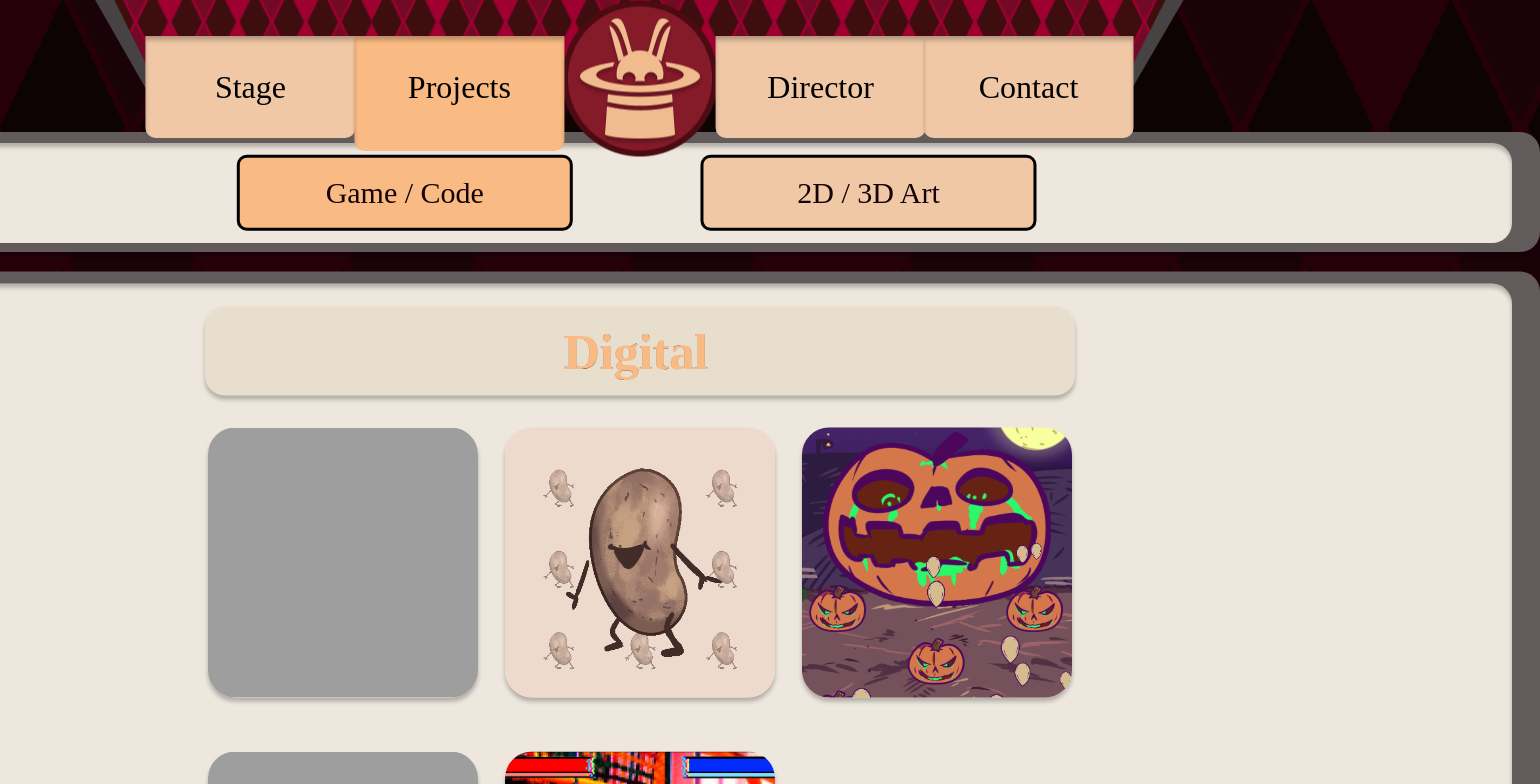
Repository: EMP-ChristinaC/Portfolio
Page: main-project-page/projects.html
An editor plug-in stored every save of this project. The page is shown before and after the next save, followed by the edit.
The browser window is 1280 px wide. The page is 1540 px wide, so the pictures cover 1540 px, including what lies to the right of the window. The pictures show the part of the page from y = 0 to 784 px (the page is 2161 px tall).
Pictures or frames that could not be fetched are drawn as grey boxes. Some web fonts or font styles are not loaded; a fallback is used.

Above is the page before, as saved 2024-12-18 16:53:59.

### main-project-page/projects.html
<!DOCTYPE html>
<html lang="en">

<head>
    <meta charset="UTF-8">
    <meta name="viewport" content="width=device-width, initial-scale=1.0">
    <title>CC- Project Gallery Main</title>
    <!--- ////////////////// OUTSIDE STYLES //////////////////-->


    <!--- ///////////////// GOOGLE FONTS  ////////////////////-->
    <link rel="preconnect" href="https://fonts.googleapis.com">
    <link rel="preconnect" href="https://fonts.gstatic.com" crossorigin>
    <link
        href="https://fonts.googleapis.com/css2?family=Overlock:ital,wght@0,400;0,700;0,900;1,400;1,700;1,900&family=Vast+Shadow&display=swap"
        rel="stylesheet">

    <!--- /////////////// MY STYLES ////////////////-->

    <link rel="stylesheet" href="projects-style.css">
    <link rel="stylesheet" href="../nav.css">
    <!-- <link rel="stylesheet" href="projects-style1280x1024.css"> -->
    <link rel="stylesheet" href="media-style-mac-main.css">
    <link rel="stylesheet" href="media-style-phone-main.css">

    <!--- //////////////// FAVICON LINKS ///////////////////-->
    <link rel="shortcut icon" href="../image/logo.png" type="image/x-icon">
    <link rel="icon" href="../image/logo.png" type="image/x-icon">

</head>

<body class="project">

    <!--- /////////////////////// NAVIGATION /////////////////////-->
    <header class="navigation">
        <img class="nav-background" src="../image/nav-background.png"
            alt="A decor for the nav, it holds a logo with diamond patterns in the background.">


            <a href="../index.html" class="nav-home">Stage</a>
            <a href="../about-page/about.html" class="nav-about">Director</a>
            <a href="../contact-page/contact.html" class="nav-contact">Contact</a>
            <a href="projects.html" class="nav-projects current">Projects</a>
    </header>

    <!--- /////////////////////// BOX OUTLINE ///////////////////////-->

    <div class="box-outline-outside-projects-sub-nav">
        <div class="box-outline-inside-projects-sub-nav"></div>
    </div>

    <a href="projects.html" class="main current-sub">Game / Code</a>

    <a href="../sub-project-page/projects-two.html" class="sub">2D / 3D Art</a>


    <div class="box-outline-outside-projects">
        <div class="box-outline-inside-projects"></div>
    <!-- <div class="dia-left-projects">
        <img src="../image/Dia-bottom-left.png"
            alt="A diamond pattern decor that is placed onto the bottom left of the box outline">
    </div>

    <div class="dia-right-projects">
        <img src="../image/Dia-top-right.png"
            alt="A diamond pattern decor that is placed onto the top right of the box outline">
    </div> -->
    </div>

    <div class="box-outline-heading-wel-project">
        <div class="heading-intro-project">
            <h1>Digital</h1>
        </div>
    </div>

    <!--- ////////////////////////-->

    <div class="box-outline-outside-projects-two">
        <div class="box-outline-inside-projects-two"></div>
    <!-- <div class="dia-left-projects-two">
        <img src="../image/Dia-bottom-left.png"
            alt="A diamond pattern decor that is placed onto the bottom left of the box outline">
    </div>

    <div class="dia-right-projects-two">
        <img src="../image/Dia-top-right.png"
            alt="A diamond pattern decor that is placed onto the top right of the box outline">
    </div> -->
    </div>

    <div class="box-outline-heading-wel-project-two">
        <div class="heading-intro-project-two">
            <h1>Physical</h1>
        </div>
    </div>



    <!--- ////////////////////////-->

    <div class="box-outline-outside-foot">
        <div class="box-outline-inside-foot"></div>

            <footer class="section">
                <p>© 2024 by Christina Chan. Powered and secured by Github</p>

                <a class="github" href="https://github.com/EMP-ChristinaC"> <img src="../image/Github-icon.png"
                    alt="Github icon image."></a>

            <a class="twitter" href="https://x.com/EMP_Nifl"> <img src="../image/Twitter-Icon.png"
                    alt="Twitter icon image."></a>

                    <a class="discord" href="https://discordapp.com/users/456539039286165514"> <img src="../image/discord-icon.webp"
                            alt="Discord icon image."></a>

                    <a class="linkedin" href="https://www.linkedin.com/in/christina-chan-290a29323/"> <img src="../image/Linkedin-icon.webp"
                            alt="Linkedin icon image."></a>

                            <a class="instagram" href="https://www.instagram.com/emp_christinac/"> <img
                                src="../../image/InstagramIcon.png" alt="Instagram icon image."></a>
                </div>

            </footer>
    </div>


    <!--- /////////////////////// DECOR  ///////////////////////-->

    <!-- <div class="left-curtain">
        <img src="../image/curtains-left.png" alt="A curtain decor that is placed on the left side of the website.">
    </div>

    <div class="right-curtain">
        <img src="../image/curtain-right.png" alt="A curtain decor that is placed on the right side of the website.">
    </div> -->

    <!--- /////////////////////// TEXT ///////////////////////-->


    <!--- /////////////////////// FOOTER ///////////////////////-->


    <!--- /////////////////////// IMAGES DESKTOP ///////////////////////-->

    <div class="image-container">
        <a href="../projects/cardcraft/mc.html"> <img src="../image/CardCraft-Show Case-Overview.jpg" alt="An overview image of a project called CardCraft.">
        <div class="hover-overlay">
            <div class="hover-text-overlay">CardCraft</div>
        </div>
    </div>

    <div class="image-container-two">
        <a href="../projects/potato-shuffle/potato.html"> <img src="../image/Cover.png" alt="An overview image of a project called Potato Shuffle.">
        <div class="hover-overlay">
            <div class="hover-text-overlay">Potato Shuffle</div>
        </div>
    </div>

    <div class="image-container-three">
        <a href="../projects/mystic-rain/mystic.html"> <img src="../image/MysticRain Home Screen.png" alt="An overview image of a project called MysticRain.">
        <div class="hover-overlay">
            <div class="hover-text-overlay">MysticRain</div>
        </div>
    </div>


    <div class="image-container-four">
        <a href="../projects/smash-n-dash/smash.html"> <img src="../image/Smash-N-Dash-Main-Screen.png" alt="An overview image of a project called Smash N Dash.">
        <div class="hover-overlay">
            <div class="hover-text-overlay">Smash-n-Dash</div>
        </div>
    </div>

    <div class="image-container-five">
        <a href="../projects/"> <img src="../image/Inner-Demons-Gallery.png" alt="An overview image of a project called Sniffle: The Fox Box.">
        <div class="hover-overlay">
            <div class="hover-text-overlay">Inner Demons<br> [In Progress]</div>
        </div>
    </div>

    <div class="image-container-six">
        <a href="../projects/"> <img src="../image/OnlyTwo-Gallery.png" alt="An overview image of a project called Liyue Sunset.">
        <div class="hover-overlay">
            <div class="hover-text-overlay">Only Two<br> [In Progress]</div>
        </div>
    </div>

    <div class="image-container-seven">
        <a href=""> <img src="../image/Please-Wait.png" alt="An overview image of a project called Please Wait.">
        <div class="hover-overlay">
            <div class="hover-text-overlay">Please Wait! <br> [In Progress]</div>
        </div>
    </div>


</body>

</html>

### main-project-page/projects-style.css

/*///////////////////////////////// Box Outline ////////////////////////////*/
.box-outline-outside-projects,
.box-outline-outside-projects-two {
    width: 1800px;
    height: 804px;
    background: rgba(98, 91, 92);
    box-shadow: 0px 4px 4px rgba(0, 0, 0, 0.25);
    border-radius: 20px;
}

.box-outline-outside-projects {
    position: absolute;
    top: 50%;
    left: 50%;
    transform: translate(-50%, -11%);
}

.box-outline-outside-projects-two {
    position: absolute;
    top: 50%;
    left: 50%;
    transform: translate(-50%, 95%);
}

.box-outline-outside-projects-sub-nav {
    width: 1800px;
    height: 120px;
    background: rgba(98, 91, 92);
    box-shadow: 0px 4px 4px rgba(0, 0, 0, 0.25);
    border-radius: 20px;
    position: absolute;
    top: 50%;
    left: 50%;
    transform: translate(-50%, -190%);
}


/*//////////////////////////////////////////////////////////////////////////////*/


.box-outline-inside-projects {
    width: 1745px;
    height: 780px;
    background: #EDE7DD;
    box-shadow: 0px 4px 4px rgba(0, 0, 0, 0.25) inset;
    border-radius: 20px;
    position: absolute;
    top: 1.5%;
    left: 1.5%;
    /* transform: translate(-50%, -26.3%); */
}

.box-outline-inside-projects-two {
    width: 1745px;
    height: 780px;
    background: #EDE7DD;
    box-shadow: 0px 4px 4px rgba(0, 0, 0, 0.25) inset;
    border-radius: 20px;
    position: absolute;
    top: 1.5%;
    left: 1.5%;
    /* transform: translate(-50%, -26.3%); */
}

.box-outline-inside-projects-sub-nav {
    width: 1745px;
    height: 100px;
    background: #EDE7DD;
    box-shadow: 0px 4px 4px rgba(0, 0, 0, 0.25) inset;
    border-radius: 20px;
    position: absolute;
    top: 9%;
    left: 1.5%;
    /* transform: translate(-50%, -26.3%); */
}

/*/////////////////////////////////////*/

.box-outline-heading-wel-project,
.box-outline-heading-wel-project-two {
    width: 870px;
    height: 89px;
    background: #E7DECD;
    box-shadow: 0px 4px 4px rgba(0, 0, 0, 0.25);
    border-radius: 20px;
    z-index: 1;

}
/*/////////////////////////////////////*/

.box-outline-heading-wel-project {
    position: absolute;
    top: 50%;
    left: 50%;
    transform: translate(-50%, -60%);
}

.box-outline-heading-wel-project-two {
    position: absolute;
    top: 50%;
    left: 50%;
    transform: translate(-50%, 895%);
}


/*/////////////////////////////////////*/

.box-outline-outside-foot {
    width: 100%;
    height: 200px;
    background: rgba(98, 91, 92);
    box-shadow: 0px 4px 4px rgba(0, 0, 0, 0.25);
    border-radius: 20px 20px 0 0;
    position: absolute;
    top: 50%;
    left: 50%;
    transform: translate(-50%, 800%);
}

.box-outline-inside-foot {
    width: 99%;
    height: 185px;
    position: absolute;
    background: #EDE7DD;
    box-shadow: 0px 4px 4px rgba(0, 0, 0, 0.25) inset;
    border-radius: 20px 20px 0 0;
    position: absolute;
    /* transform: translate(-50%, 343%); */
    top: 8%;
    left: 0.5%;
}


/*///////////////////////////////// Decor ////////////////////////////*/

.dia-left-projects img,
.dia-left-projects-two img {
    position: absolute;
    top: 27%;
    left: 50%;
    transform: translate(-385%, 205%);
}


.dia-right-projects img,
.dia-right-projects-two img {
    position: absolute;
    top: 27%;
    right: 50%;
    transform: translate(385%, -107%);
}


/*/////////////////////////////////////*/

.left-curtain {
    position: fixed;
    top: 0%;
    left: 0%;
}

.right-curtain {
    position: fixed;
    top: 0%;
    right: 0%;
}

/*///////////////////////////////// Heading Text ////////////////////////////*/

.heading-intro-project,
.heading-intro-project-two {
    width: 827px;
    text-align: center;
    color: #FABA84;
    font-size: 25px;
    font-family: Vast Shadow;
    font-weight: 400;
    -webkit-text-stroke: 0.1px #4C0B13;
    z-index: 1;
}

/*/////////////////////////////////////*/

.heading-intro-project {
    position: absolute;
    top: -20%;
    left: 2%;
    /* transform: translate(-50%, -320%); */
}

.heading-intro-project-two {
    position: absolute;
    top: -20%;
    left: 2%;
    /* transform: translate(-50%, -320%); */
}

/*///////////////////////////////// Paragraph Text ////////////////////////////*/

footer.section {
    text-align: center;
    color: black;
    font-size: 14px;
    font-family: Overlock;
    font-weight: 400;

    width: 500px;
    position: absolute;
    top: 50%;
    left: 50%;
    transform: translate(-53%, 80%);

}

footer.section p {
    width: 100%;
    height: 100%;
    transform: translate(1%, 35%);
}


/*/////////////////////////////////////*/
.github {
    width: 45px;
    height: 45px;
    position: absolute;
    top: 50%;
    left: 50%;
    overflow: hidden;
    box-shadow: 0px 4px 4px rgba(0, 0, 0, 0.25);
    border-radius: 30px;
    transform: translate(-250%, -180%);
}

.github img {
    width: 100%;
    height: 100%;
    object-fit: cover;
    transition: all 0.3s ease-in-out;
    transform: translate(0%, 0%);
}

.twitter {
    width: 45px;
    height: 45px;
    position: absolute;
    top: 50%;
    left: 50%;
    overflow: hidden;
    box-shadow: 0px 4px 4px rgba(0, 0, 0, 0.25);
    border-radius: 30px;
    transform: translate(-100%, -180%);
}

.twitter img {
    width: 100%;
    height: 100%;
    object-fit: cover;
    transition: all 0.3s ease-in-out;
    transform: translate(-0%, -0%);
}


.discord {
    width: 45px;
    height: 45px;
    position: absolute;
    top: 50%;
    left: 50%;
    overflow: hidden;
    box-shadow: 0px 4px 4px rgba(0, 0, 0, 0.25);
    border-radius: 30px;
    transform: translate(50%, -180%);
}

.discord img {
    width: 100%;
    height: 100%;
    object-fit: cover;
    transition: all 0.3s ease-in-out;
    transform: translate(-0%, -0%);
}


.linkedin {
    width: 45px;
    height: 45px;
    position: absolute;
    top: 50%;
    left: 50%;
    overflow: hidden;
    box-shadow: 0px 4px 4px rgba(0, 0, 0, 0.25);
    border-radius: 30px;
    transform: translate(200%, -180%);
}

.linkedin img {
    width: 100%;
    height: 100%;
    object-fit: cover;
    transition: all 0.3s ease-in-out;
    transform: translate(-0%, -0%);
}
/*///////////////////////////////// Button ////////////////////////////*/

.main,
.sub {
    position: absolute;
    text-align: center;
    color: #140307;
    font-family: Vast Shadow;
    font-weight: 400;
    background: #F0C8A6;
    top: 50%;
    left: 50%;
    border: none;
    cursor: pointer;
    transition: all 0.3s ease-in-out;
    border: 3px black solid;
    border-radius: 10px;
    z-index: 1;
}

/*/////////////////////////////////////*/


.main {
    transform: translate(-120%, -270%);
    font-size: 30px;
    line-height: 70px;
    width: 330px;
    height: 70px;
}

.sub {
    transform: translate(18%, -270%);
    font-size: 30px;
    line-height: 70px;
    width: 330px;
    height: 70px;
}


/*///////////////////////////////// Animation ////////////////////////////*/

.image-container {
    transform: translate(-160%, 340%);
}

.image-container-two {
    transform: translate(-50%, 25%);
}

.image-container-three {
    transform: translate(-160%, 145%);
}


.image-container-four {
    transform: translate(60%, 25%);
}

.image-container-five {
    transform: translate(-50%, 145%);
}

.image-container-six {
    transform: translate(-50%, 340%);
}

.image-container-seven {
    transform: translate(-160%, 25%);
}

.image-container,
.image-container-two,
.image-container-three,
.image-container-four,
.image-container-five,
.image-container-six,
.image-container-seven {
    top: 50%;
    left: 50%;
    position: absolute;
    width: 270px;
    height: 270px;
    border-radius: 10%;
    overflow: hidden;
    box-shadow: 0px 4px 4px rgba(0, 0, 0, 0.25);
}

.image-container img {
    width: 150%;
    height: 150%;
    object-fit: cover;
    transform: translate(-20%, -15%);
    transition: all 0.3s ease-in-out;
}

.image-container-two img {
    width: 130%;
    height: 130%;
    object-fit: cover;
    transform: translate(-12%, -16%);
    transition: all 0.3s ease-in-out;
}

.image-container-three img {
    width: 150%;
    height: 100%;
    object-fit: cover;
    transform: translate(-30%, -0%);
    transition: all 0.3s ease-in-out;
}

.image-container-four img {
    width: 100%;
    height: 190%;
    transform: translate(0%, -17%);
    object-fit: cover;
    transition: all 0.3s ease-in-out;
}

.image-container-five img {
    width: 100%;
    height: 100%;
    object-fit: cover;
    transition: all 0.3s ease-in-out;
}

.image-container-six img {
    width: 140%;
    height: 140%;
    object-fit: cover;
    transition: all 0.3s ease-in-out;
    transform: translate(0%, -15%);
}

.image-container-seven img {
    width: 100%;
    height: 100%;
    object-fit: cover;
    transition: all 0.3s ease-in-out;
}

.hover-overlay {
    position: absolute;
    top: 0;
    left: 0;
    width: 100%;
    height: 100%;
    display: flex;
    justify-content: center;
    align-items: center;
    opacity: 0;
    transition: opacity 0.8s ease;
    background: rgba(0, 0, 0, 0.4);
    border-radius: 10%;
}

.hover-text-overlay {
    color: #f1f1f1;
    font-size: 25px;
    font-family: Overlock;
    font-weight: 400;
    padding: 20px;
    text-align: center;
}

.image-container:hover .hover-overlay,
.image-container-two:hover .hover-overlay,
.image-container-three:hover .hover-overlay,
.image-container-four:hover .hover-overlay,
.image-container-five:hover .hover-overlay,
.image-container-six:hover .hover-overlay,
.image-container-seven:hover .hover-overlay {
    opacity: 1;
}


/*///////////////////////////////// Phone ////////////////////////////*/

.phone-projects {
    display: none;
}

### main-project-page/media-style-mac-main.css
@media screen and (min-width: 2005px) and (min-height: 1353px) {


    /*///////////////////////////////// Nav Decor ////////////////////////////*/
    .nav-background {
        transform: translate(-50%, -57%);
        width: 1320px;
        height: auto;

    }


    .nav-home,
    .nav-about,
    .nav-contact,
    .nav-projects {
        width: 250px;
        height: 120px;
        font-size: 38px;
        font-weight: 400;
        line-height: 120px;
    }

    .current {
        height: 16%;
    }

    /*///////////////////////// Nav Home //////////////////////////*/
    .nav-home {
        transform: translate(-235.5%);
    }

    .nav-home:hover {
        height: 16%;
    }

    /*///////////////////////////// Nav About /////////////////////////*/
    .nav-about {
        transform: translate(-136%);
    }

    .nav-about:hover {
        height: 16%;
    }

    /*/////////////////////////////////// Nav Contact ///////////////////////*/
    .nav-contact {
        transform: translate(36%);
    }

    .nav-contact:hover {
        height: 16%;
    }

    /*///////////////////////////////// Nav Projects ////////////////////////////*/
    .nav-projects {
        transform: translate(135%);
    }

    .nav-projects:hover {
        height: 16%;
    }

    /*//////////////////////////*/


    /* .project::before {
        width: 2005px;
        height: 2400px;
    } */


    .left-curtain img {
        width: auto;
        height: 1480px;
    }


    .right-curtain img {
        width: auto;
        height: 1510px;
    }





}

Loaded but not shown: main-project-page/media-style-phone-main.css (322 lines, source omitted); nav.css (334 lines, source omitted)

After the next save:
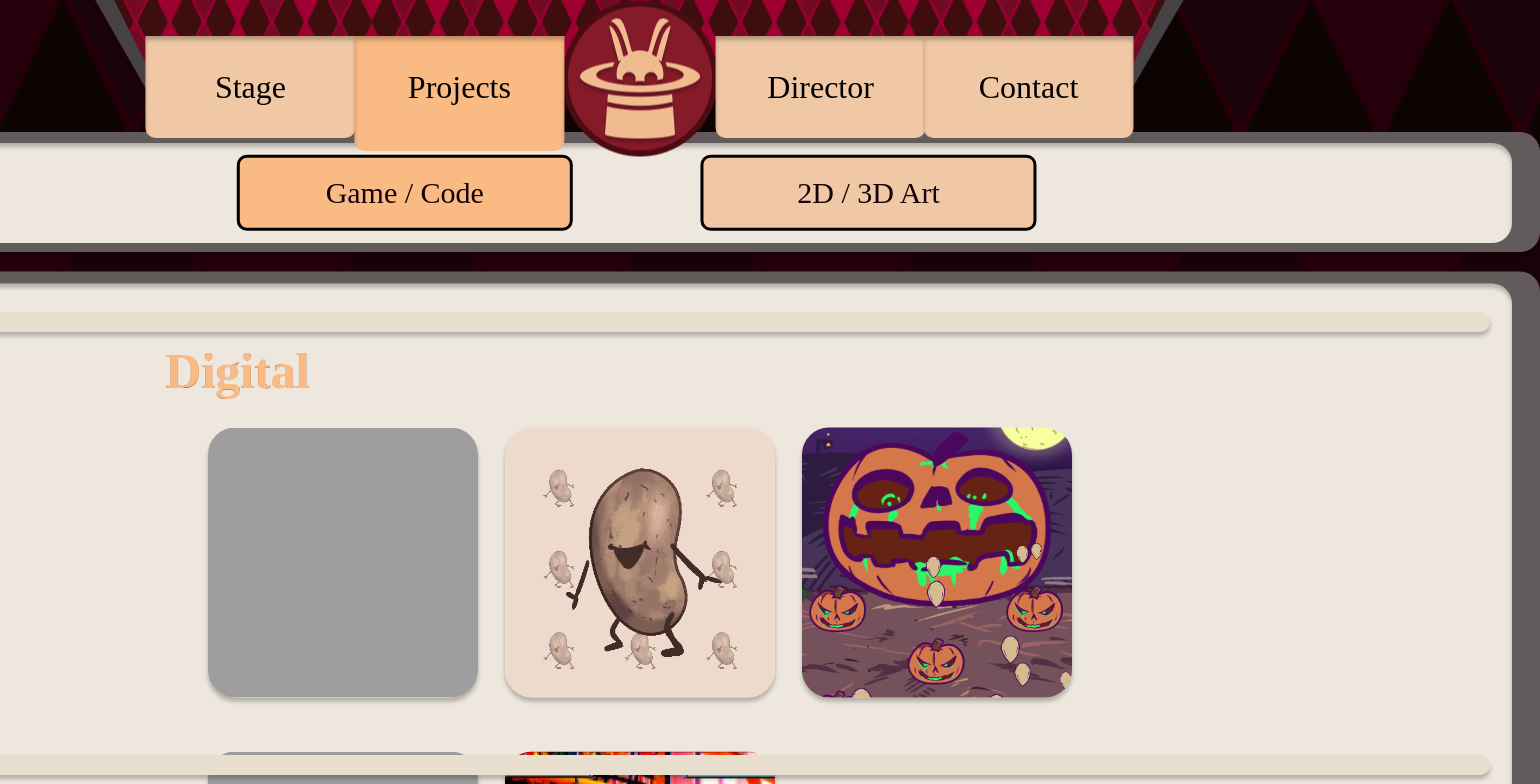
Saved 6 s later.
--- a/main-project-page/projects-style.css
+++ b/main-project-page/projects-style.css
@@ -79,8 +79,8 @@
 
 .box-outline-heading-wel-project,
 .box-outline-heading-wel-project-two {
-    width: 870px;
-    height: 89px;
+    width: 1700px;
+    height: 20px;
     background: #E7DECD;
     box-shadow: 0px 4px 4px rgba(0, 0, 0, 0.25);
     border-radius: 20px;
@@ -91,14 +91,14 @@
 
 .box-outline-heading-wel-project {
     position: absolute;
-    top: 50%;
+    top: 45%;
     left: 50%;
     transform: translate(-50%, -60%);
 }
 
 .box-outline-heading-wel-project-two {
     position: absolute;
-    top: 50%;
+    top: 80%;
     left: 50%;
     transform: translate(-50%, 895%);
 }
